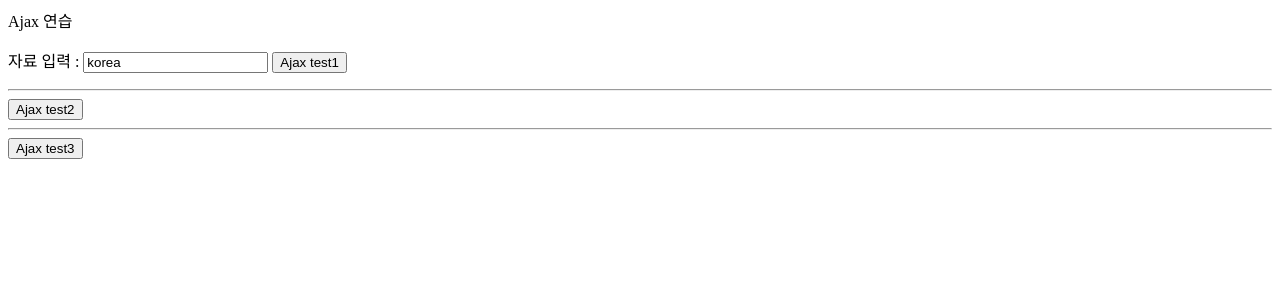
Repository: Jong-hp/Python
Page: django10_ajax/myapp/templates/abc.html
The author's editor kept a copy of each file at every save. The page is drawn from the files as they stood at one save, then again after the next save.
The browser window is 1280 px wide. The pictures show the whole page.

Above is the page before, as saved 2022-10-20 02:23:47.

### django10_ajax/myapp/templates/abc.html
<!DOCTYPE html>
<html>
<head>
<meta charset="UTF-8">
<title>Insert title here</title>
<script type="text/javascript">
let xhr;

window.onload = function(){
	document.querySelector("#btn1").addEventListener("click", ()=>{
		// alert('a');
		// XMLHttpRequest 객체로 웹서버와 통신
		xhr = new XMLHttpRequest()
		// console.log(xhr);

		xhr.onreadystatechange = function(){
			// alert(xhr.readyState);	// 0 ~ 4 값을 갖는다.
			if (xhr.readyState === XMLHttpRequest.DONE){
				// alert(xhr.status);
				if(xhr.status === 200){
					// console.log(xhr.response);
					process1();
				}
			}
		}

		url = "startajax?msg=" + document.querySelector("#txtMsg").value;
		xhr.open("GET", url, true);	// 비동기 		false 동기
		xhr.send();
	});
}

function process1(){
	// alert(xhr.responseText);
	let parseData = JSON.parse(xhr.responseText)
	document.querySelector("#showData1").innerText = xhr.responseText;
}
</script>
</head>
<body>
Ajax 연습<p/>
자료 입력 : <input type="text" id="txtMsg" value="korea">
<button id="btn1">Ajax test1</button>
<br>
<div id="showData1"></div>
<hr>
<button id="btn2">Ajax test2</button>
<div id="showData2"></div>
<hr>
<button id="btn3">Ajax test3</button>
<div id="showData3"></div>
</body>
</html>

After the next save:
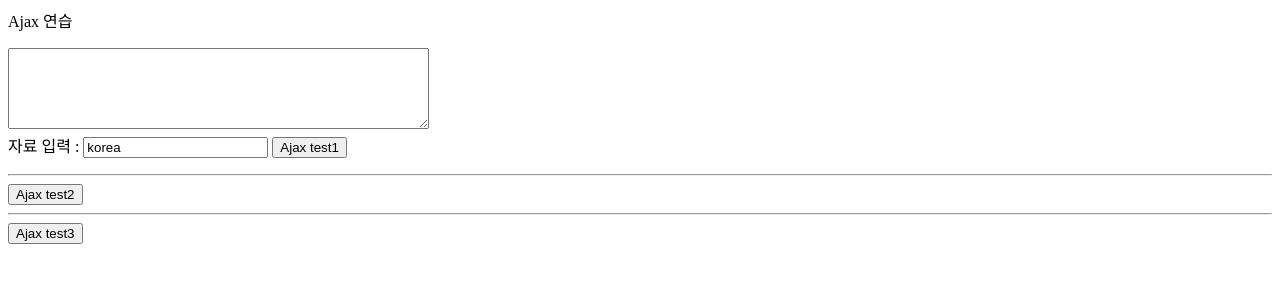
Saved 41 s later.
--- a/django10_ajax/myapp/templates/abc.html
+++ b/django10_ajax/myapp/templates/abc.html
@@ -39,6 +39,8 @@ function process1(){
 </head>
 <body>
 Ajax 연습<p/>
+<textarea rows="5" cols="50"></textarea>
+<br>
 자료 입력 : <input type="text" id="txtMsg" value="korea">
 <button id="btn1">Ajax test1</button>
 <br>
